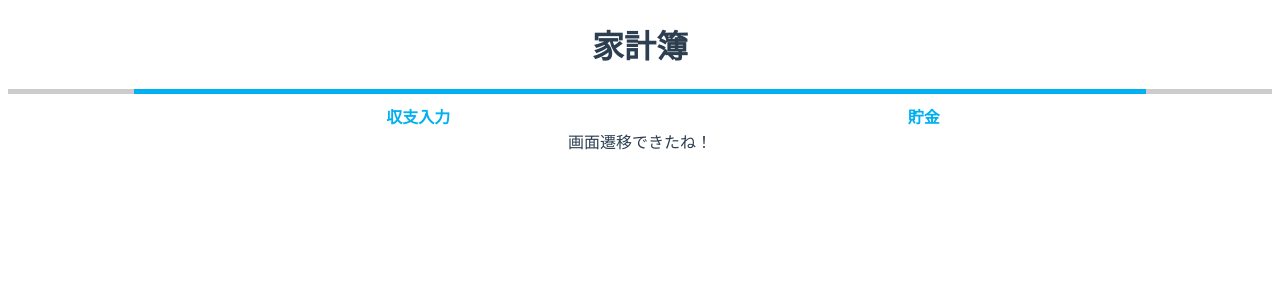
Repository: shellzu/kakeibo.app
Page: /#/savingsPage
The author's editor kept a copy of each file at every save. The page is drawn from the files as they stood at one save, then again after the next save.
The browser window is 1280 px wide. The pictures show the whole page.
The project was rebuilt for these pictures with package versions that can differ from the ones it lists, and the page was loaded fresh each time. Also part of the build but not shown: src/components/AddButton.vue, src/components/BudgetDeleteButton.vue, src/components/BudgetForm.vue, src/components/BudgetListPage.vue.

Above is the page before, as saved 2019-07-28 16:16:35.

### src/App.vue
<template>
  <div id="app">
    <router-view />
  </div>
</template>
<script>
export default {
  name: 'App'
}
</script>

<style>
#app {
  font-family: "Lato", "Noto Sans JP", "游ゴシック Medium", "游ゴシック体",
    "Yu Gothic Medium", YuGothic, "ヒラギノ角ゴ ProN",
    "Hiragino Kaku Gothic ProN", "メイリオ", Meiryo, "ＭＳ Ｐゴシック",
    "MS PGothic", sans-serif;
  -webkit-font-smoothing: antialiased;
  -moz-osx-font-smoothing: grayscale;
  text-align: center;
  color: #2c3e50;
}
#header {
  height: 150px;
  width: 1200px;
  margin-right: auto;
  margin-left: auto;
  background: white;
  box-shadow: 0px 3px 3px rgba(0, 0, 0, 0.1);
  display: flex;
  justify-content: center;
  align-items: center;
}
#header a {
  display: block;
  position: relative;
  margin: 2em;
  width: 70pt;
  border: solid 1px silver;
  border-radius: 0.5rem 0.5rem;
  padding: 0.5rem 1.5rem;
  margin-top: 1rem;
  text-decoration: none;
}
#png {
  position: absolute;
  left: 100px;
}
nav {
  border-bottom: 5px solid #ccc;
  position: relative;
}
nav ul {
  position: absolute;
  left: 10%;
  display: table;
  margin: 0 auto;
  padding: 0;
  width: 80%;
  text-align: center;
}
nav ul li {
  display: table-cell;
  min-width: 50px;
}
nav ul li a {
  display: block;
  width: 100%;
  height: 100%;
  padding: 10px 0;
  text-decoration: none;
  color: #aaa;
}
nav ul li.current {
  font-weight: bold;
  border-top: 5px solid #00b0f0;
}
nav ul li.current a {
  color: #00b0f0;
}
nav ul li a:hover {
  color: #0089bb;
  background-color: #fbfbdd;
}
nav ul li:hover {
  border-top: 5px solid #f8e750;
}
</style>

### src/router/index.js
import Vue from 'vue'
import Router from 'vue-router'

import BudgetListPage from '@/components/BudgetListPage'
import SavingsPage from '@/components/SavingsPage'

Vue.use(Router)

export default new Router({
  routes: [
    {
      path: '/',
      component: BudgetListPage
    },
    {
      path: '/savingsPage',
      component: SavingsPage
    }
  ]
})

### src/components/SavingsPage.vue
<template>
  <div>
    <HeaderMenu></HeaderMenu>
    <br>
    <p>画面遷移できたね！</p>
  </div>
</template>
<script>
import HeaderMenu from './HeaderMenu'
export default {
  name: 'app',
  components: {
    HeaderMenu
  }
}
</script>

<style>
</style>

### src/components/HeaderMenu.vue
<template>
  <div id="app">
    <h1>家計簿</h1>
    <nav>
      <ul>
        <li class="current">
          <router-link to="/">収支入力</router-link>
        </li>
        <li class="current">
          <router-link to="/savingsPage">貯金</router-link>
        </li>
      </ul>
    </nav>
    <router-view />
  </div>
</template>

<script>
export default {
  name: 'app'
}
</script>
<style scoped>
@import './menu1.css';
</style>

### src/components/menu1.css
.header {
    height: 150px;
    width: 1200px;
    margin-right: auto;
    margin-left: auto;
    background: white;
    box-shadow: 0px 3px 3px rgba(0, 0, 0, 0.1);
    display: flex;
    justify-content: center;
    align-items: center;
  }
  .header a {
    display: block;
    position: relative;
    margin: 2em;
    width: 70pt;
    border: solid 1px silver;
    border-radius: 0.5rem 0.5rem;
    padding: 0.5rem 1.5rem;
    margin-top: 1rem;
    text-decoration: none;
  }
  nav {
    border-bottom: 5px solid #ccc;
    position: relative;
  }
  nav ul {
    position: absolute;
    left: 10%;
    display: table;
    margin: 0 auto;
    padding: 0;
    width: 80%;
    text-align: center;
  }
  nav ul li {
    display: table-cell;
    min-width: 50px;
  }
  nav ul li a {
    display: block;
    width: 100%;
    height: 100%;
    padding: 10px 0;
    text-decoration: none;
    color: #aaa;
  }
  nav ul li.current {
    font-weight: bold;
    border-top: 5px solid #00b0f0;
  }
  nav ul li.current a {
    color: #00b0f0;
  }
  nav ul li a:hover {
    color: #0089bb;
    background-color: #fbfbdd;
  }
  nav ul li:hover {
    border-top: 5px solid #f8e750;
  }

### src/components/page.css
  .table_budget {
   padding: 10px 10px 10px 10px;
   border-left: 6px solid #00b0f0;
   background-color: #eee;
   width: 80%;
  }
.th.td {
  padding: 0.5em 3em 0.5em 3em;
}
  .table_savings {
   padding: 10px 0;
   background-color: #eee;
   border: 1px solid white;
   width: 80%;
  }
  /*--------------------------------------
  貯金一覧
  ---------------------------------------*/
  .savings li{
   background: whitesmoke;
   margin-bottom: 50px;
   height: 200px;
   border-radius: 20px;
  }
  .savings p{
   font-size: 1em;
   text-align: left;
   text-align: center;
  }
  button {
   position: relative;
   display: inline-block;
   padding: 0.25em 0.5em;
   text-decoration: none;
   color: #FFF;
   background: #03A9F4;
   border: solid 1px #0f9ada;
   border-radius: 4px;
   box-shadow: inset 0 1px 0 rgba(255,255,255,0.2);
   text-shadow: 0 1px 0 rgba(0,0,0,0.2);
  }
  button:active {
   border: solid 1px #03A9F4;
   box-shadow: none;
   text-shadow: none;
  }
  .saving_link {
   font-size: 1.5em;
  }
  .cp_link {
      display: inline-block;
      padding: 0.1em 0.3em;
   transition: all .3s;
   color: gray;
   text-decoration: none;
   font-size: 1.5em;
  }
  .cp_link:visited {
   color: #777777;
   text-decoration: none;
  }
  .cp_link:hover {
      color: #fff;
      background-color: #00BCD4;
  }
  input::-webkit-outer-spin-button,
  input::-webkit-inner-spin-button {
     -webkit-appearance: none;
  }
  /*--------------------------------------
  テキスト 金額
  ---------------------------------------*/
  .text_amount {
   padding-bottom: 20px;
   width: 180px;
  }
  .text_amount label {
   display: block;
   font-size: 14px;
   padding-bottom: 5px;
  }
  .text_amount input[type=number] {
   border: 1px solid #1B73BA;
   box-sizing: border-box;
   -moz-box-sizing: border-box;
   -webkit-box-sizing: border-box;
   color: #333;
   font-size: 13px;
   padding: 10px;
   height: 30px;
   width: 180px;
  }
  /*--------------------------------------
  ラジオボタン 収支選択
  ---------------------------------------*/
  .radio_select {
   padding-bottom: 20px;
  }
  .radio_select p {
   font-size: 14px;
   padding-bottom: 5px;
  }
  .radio_select input[type=radio] {
   display: none;
   margin: 0;
  }
  .radio_select input[type=radio] + label {
   cursor: pointer;
   display: inline-block;
   font-size: 13px;
   line-height: 1.5px;
   margin-right: 12px;
   padding: 0 0 3px 24px;
   position: relative;
  }
  .radio_select input[type=radio] + label::before {
   border: 1px solid #1B73BA;
   border-radius: 50%;
   box-sizing: border-box;
   -moz-box-sizing: border-box;
   -webkit-box-sizing: border-box;
   content: "";
   display: block;
   margin-top: -9px;
   position: absolute;
   left: 0;
   top: 50%;
   height: 13px;
   width: 13px;
  }
  .radio_select input[type=radio]:checked + label::after {
   background: #1B73BA;
   border-radius: 50%;
   box-sizing: border-box;
   -moz-box-sizing: border-box;
   -webkit-box-sizing: border-box;
   content: "";
   display: block;
   margin-top: -4px;
   position: absolute;
   left: 3px;
   top: 0px;
   height: 7px;
   width: 7px;
  }
  /*--------------------------------------
  テキストエリア 概要
  ---------------------------------------*/
  .textarea_memo {
   padding-bottom: 10px;
   width: 200px;
  }
  .textarea_memo label {
   display: block;
   font-size: 14px;
   padding-bottom: 5px;
  }
  .textarea_memo textarea {
   border: 1px solid #1B73BA;
   box-sizing: border-box;
   -moz-box-sizing: border-box;
   -webkit-box-sizing: border-box;
   color: #333;
   font-size: 13px;
   padding: 10px;
   height: 80px;
   width: 200px;
  }
  /*--------------------------------------
  カレンダー 日付選択
  ---------------------------------------*/
  .date_picker {
   padding-bottom: 10px;
  }
  li {
   list-style: none;
  }
h3 {
   left: 30%;
}

Loaded but not shown: index.html (common file); src/main.js (common file)

After the next save:
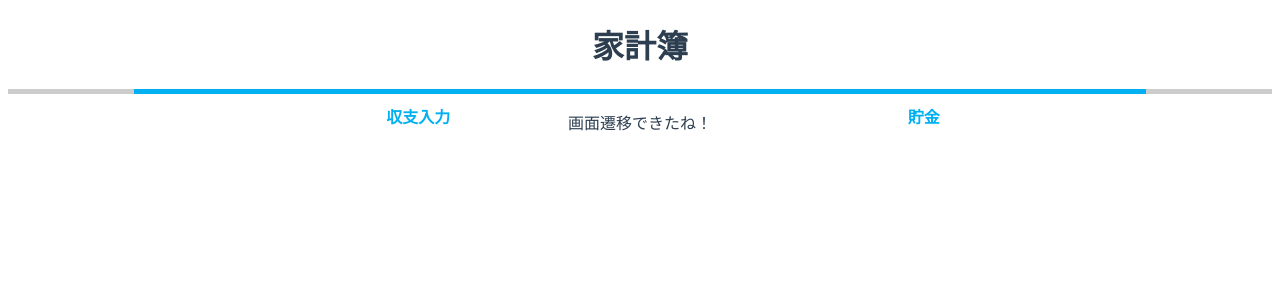
Saved 60 s later.
--- a/src/components/SavingsPage.vue
+++ b/src/components/SavingsPage.vue
@@ -1,19 +1,22 @@
 <template>
   <div>
     <HeaderMenu></HeaderMenu>
-    <br>
     <p>画面遷移できたね！</p>
+
   </div>
 </template>
 <script>
 import HeaderMenu from './HeaderMenu'
+
 export default {
   name: 'app',
+  props: ['message'],
   components: {
     HeaderMenu
   }
 }
 </script>
 
-<style>
+<style scoped>
+@import './page.css';
 </style>
